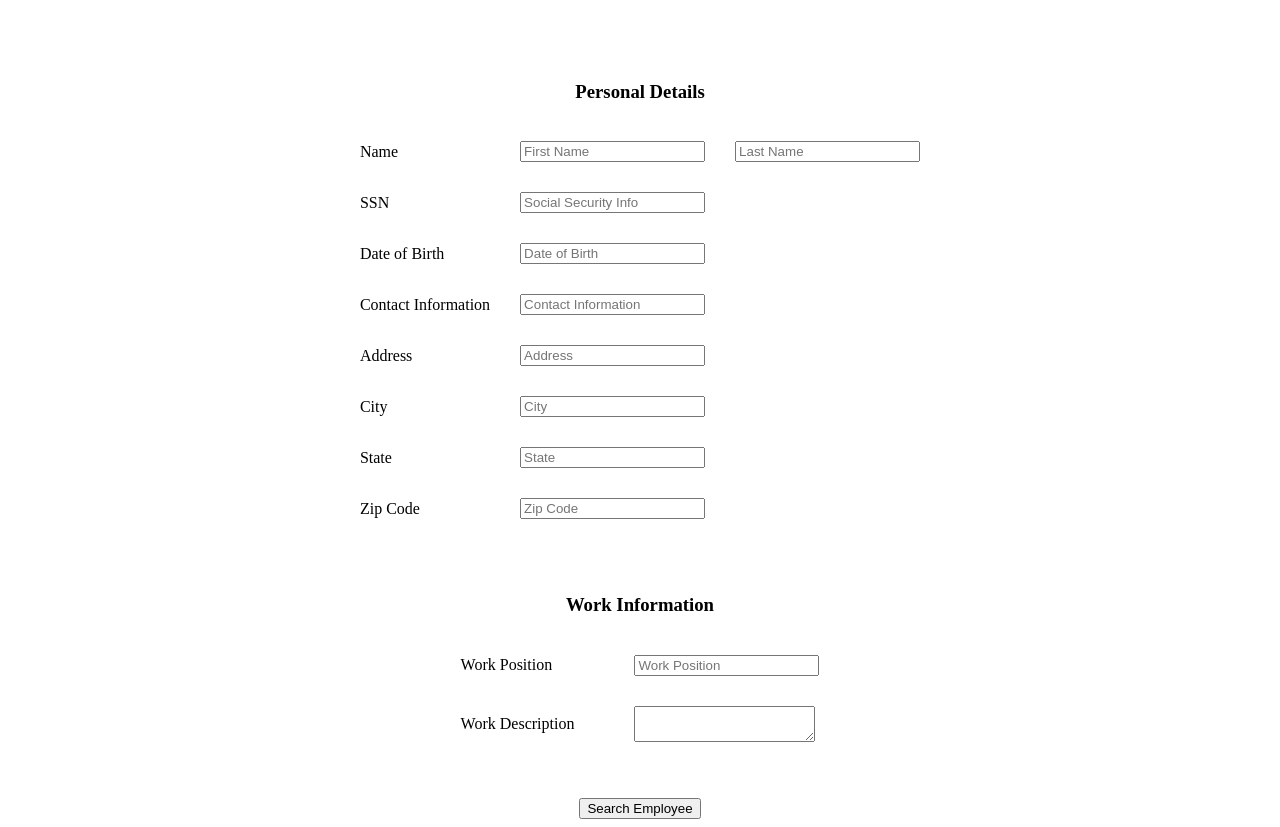
Repository: harshadrane89/CMPE273-WebService-AirlineManagement
Page: http://localhost/AirlineManagementSystemClient/TwitterGUI/SearchEmployee.jsp
An editor plug-in stored every save of this project. The page is shown before and after the next save, followed by the edit.
The browser window is 1280 px wide. The pictures show the whole page.
The page is served by Tomcat 9.

Above is the page before, as saved 2013-12-06 13:58:50.

After the next save:
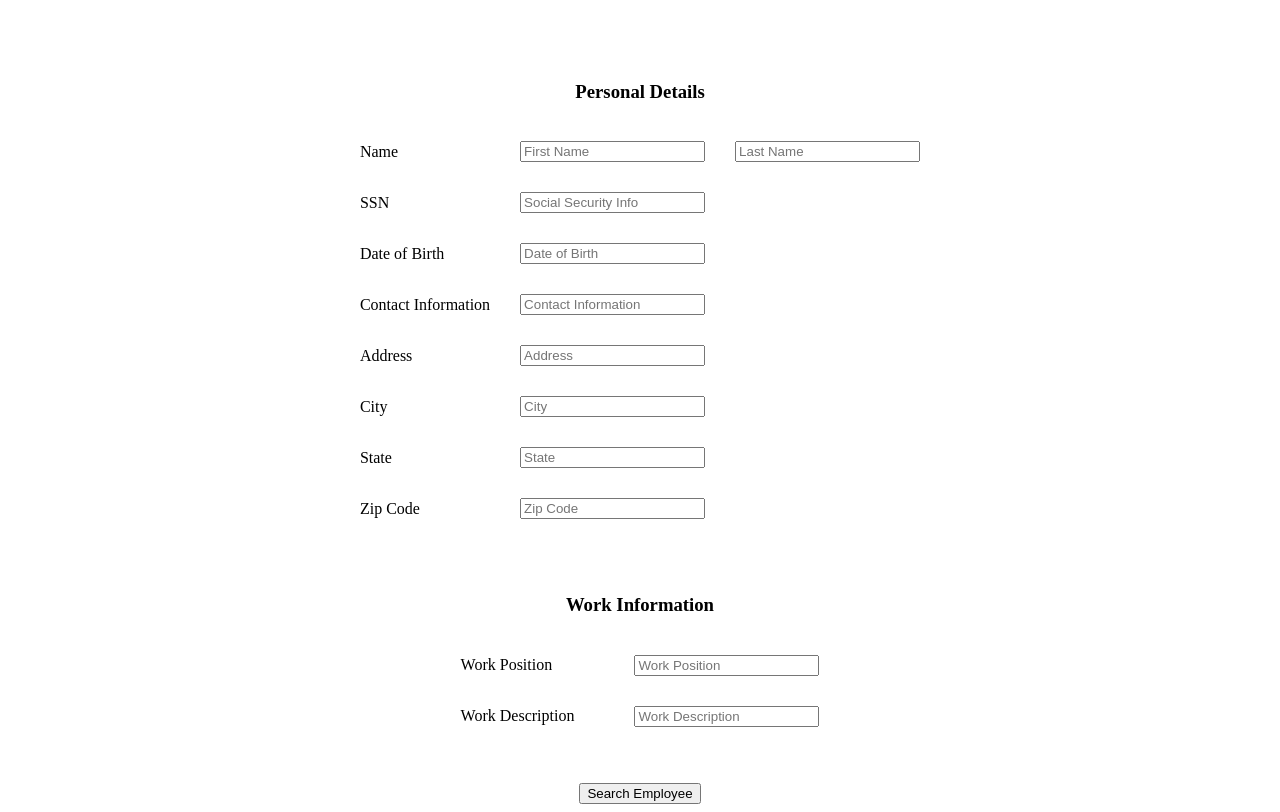
Saved 11 min 44 s later.
--- a/273_Project_Tomcat/AirlineManagementSystemClient/WebContent/TwitterGUI/SearchEmployee.jsp
+++ b/273_Project_Tomcat/AirlineManagementSystemClient/WebContent/TwitterGUI/SearchEmployee.jsp
@@ -87,8 +87,9 @@
 			<tr>
 				<td>Work Description</td>
 				<td>
-				<td><textarea placeholder="Work Description" name="wDesc" value="<%=emp.getWorkDesc()!=null?emp.getWorkDesc():""%>" class="form-control">
-					</textarea></td>
+				<td>
+				<input type="text" placeholder="Work Description" name="wDesc" value="<%=emp.getWorkDesc()!=null?emp.getWorkDesc():""%>" class="form-control">
+					</td>
 			</tr>
 
 		</table>
